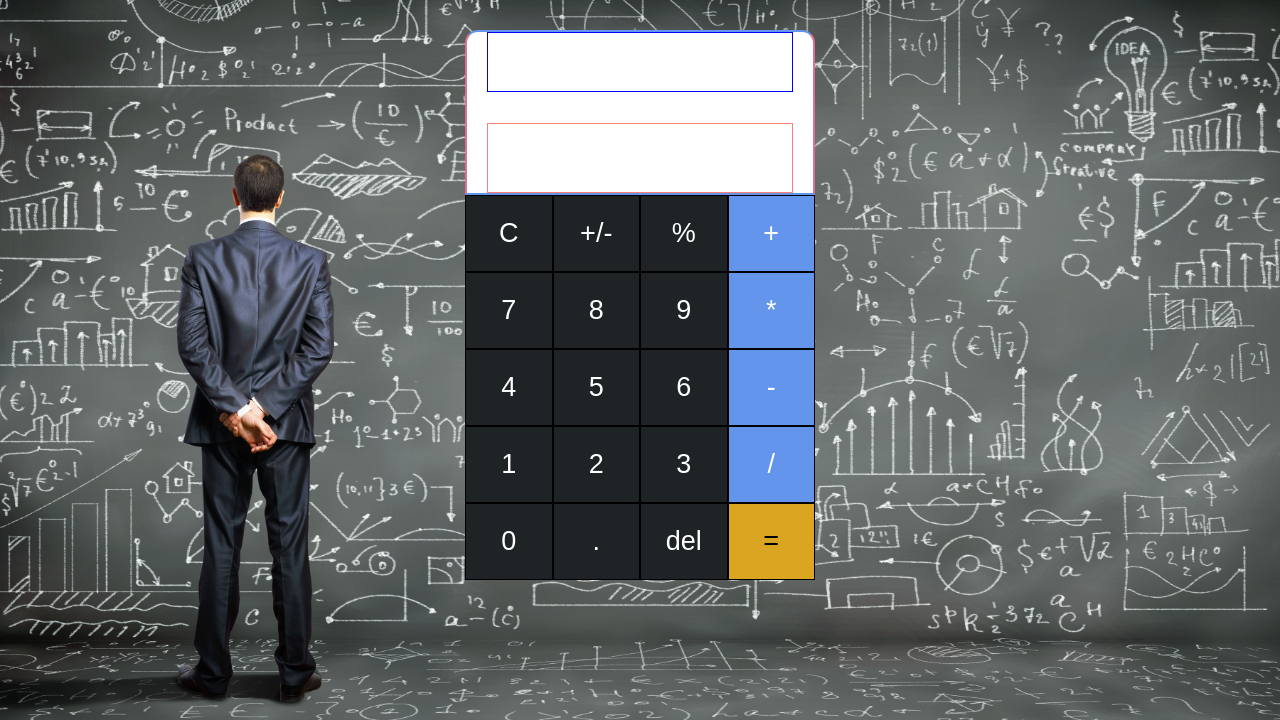
Repository: OfirLana/Calculator
Page: index.html
The author's editor kept a copy of each file at every save. The page is drawn from the files as they stood at one save, then again after a run of saves.
The browser window is 1280 px wide. The pictures show the whole page.

Above is the page before, as saved 2019-03-17 21:59:53.

### index.html
<!DOCTYPE html>
<html lang="en">

<head>
    <meta charset="UTF-8">
    <meta name="viewport" content="width=device-width, initial-scale=1.0">
    <meta http-equiv="X-UA-Compatible" content="ie=edge">
    <link href="https://fonts.googleapis.com/css?family=Lato:100,300,400,700,900" rel="stylesheet">
    <title>Document</title>
    <link rel="stylesheet" href="style.css">
</head>

<body>
    <div class="background"></div>
    <div class="calculator">
        <div class="output_box">
            <div class="main_output" ></div>
            <div class="sub_output"></div>
        </div>


        <div class="opeartor_box">
            <button class="btn dlt">C</button>
            <button class="btn">+/-</button>
            <button class="btn ">%</button>
            <button class="btn op">+</button>
            <button class="btn">7</button>
            <button class="btn">8</button>
            <button class="btn">9</button>
            <button class="btn op">*</button>
            <button class="btn">4</button>
            <button class="btn">5</button>
            <button class="btn">6</button>
            <button class="btn op">-</button>
            <button class="btn">1</button>
            <button class="btn">2</button>
            <button class="btn">3</button>
            <button class="btn op">/</button>
            <button class="btn">0</button>
            <button class="btn">.</button>
            <button class="btn">del</button>
            <button class="btn sum">=</button>


        </div>








    </div>
    <script src="index.js"></script>
</body>

</html>

### style.css
* {
    margin: 0;
    padding: 0;
    box-sizing: border-box;
}

html {
    font-size: 62.5%;
}

body {
    font-family: "Lato", sans-serif;
    font-size: 1.6rem;
    color: #777;
    padding: 3rem;
    /* background: cadetblue; */
    background:url(img/math2.jpg);
    background-size: cover;


}



.calculator {
    display: flex;
    flex-direction: column;
    margin: 0 auto;
    width: 35rem;
    height: 55rem;
    /* border: 1px solid red; */
    border-radius: 5px;
}

.output_box {
    display: flex;
    flex-direction: column;
    flex-basis: 30%;
    border: 2px solid cornflowerblue;
    border-radius: 13px 13px 0px 0px;
    border-right: 2px solid palevioletred;
    border-left: 2px solid palevioletred;
    width: 100%;
    justify-content: space-between;
    padding:0px 20px;
    background:white;
    color:black;
    font-size:19px;
}

.main_output {
    display: flex;
    border: 1px solid blue;
    height: 6rem;
    justify-content: center;
    align-items:center;
    /* background:blue; */
  /* border:1px solid tomato; */
    width:100%;
    /* background:blue; */
    text-align:end;
    overflow: hidden;
}






.sub_output {
    display: flex;
    border: 1px solid salmon;
    height: 7rem;
    /* background:red; */
    display:flex;
    justify-content: center;
    align-items: center;
    overflow: hidden;
    /* background:tomato; */
}

.opeartor_box{
    display:flex;
    /* flex-direction: column; */
    flex-wrap:wrap;
    width:100%;
    /* border:5px solid purple; */
    flex-basis:70%;
}

.btn{
    width:25%;
    height:20%;
    background:#1E2326;
    border: 1px solid black;
    color:white;
    font-size:27px;
    font-weight:100;
    cursor: pointer;
}

.btn:active{
    background:blue;
    border:1px solid black;
}
.btn:hover{
    opacity:0.8;
}
.op {
    background:cornflowerblue;
}

.sum{
    background:goldenrod;
    color:black;
}

Loaded but not shown: index.js (no copy from this time; the picture is the same without it)

After the next 2 saves:
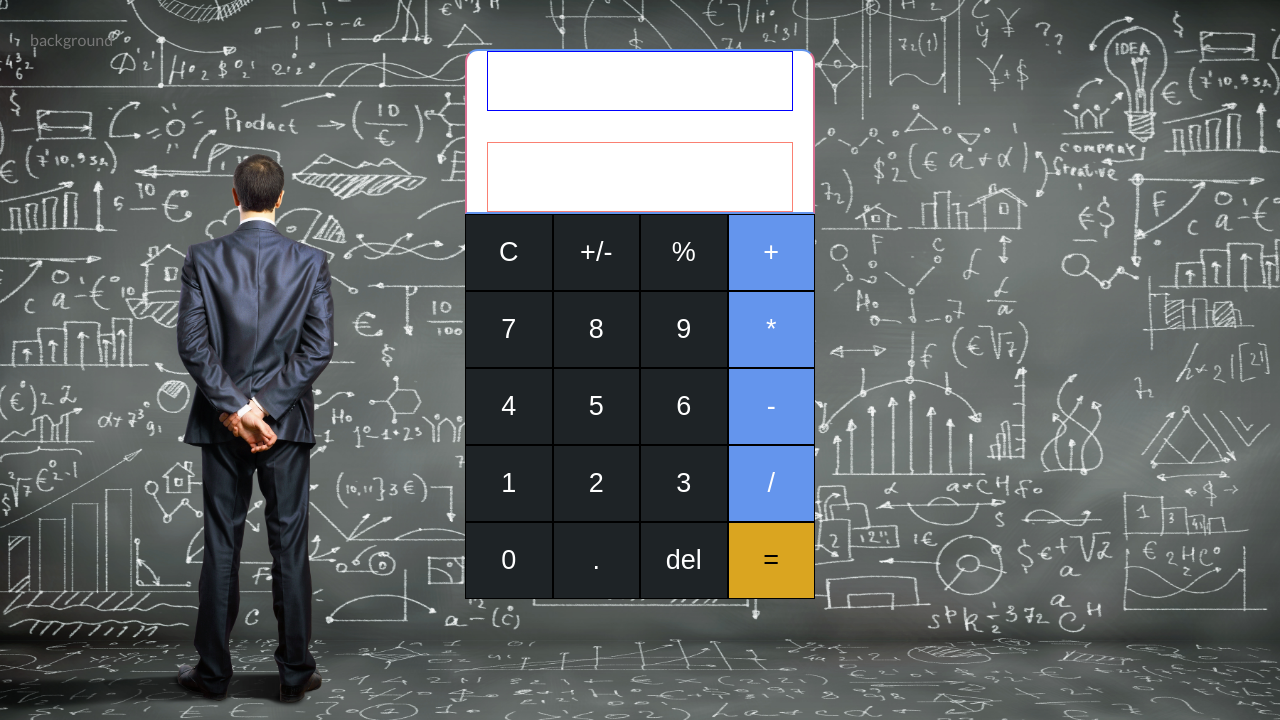
The 2 saves are shown as one change because they came seconds apart.
The last was saved 8 s later.
--- a/index.html
+++ b/index.html
@@ -11,7 +11,7 @@
 </head>
 
 <body>
-    <div class="background"></div>
+background
     <div class="calculator">
         <div class="output_box">
             <div class="main_output" ></div>
